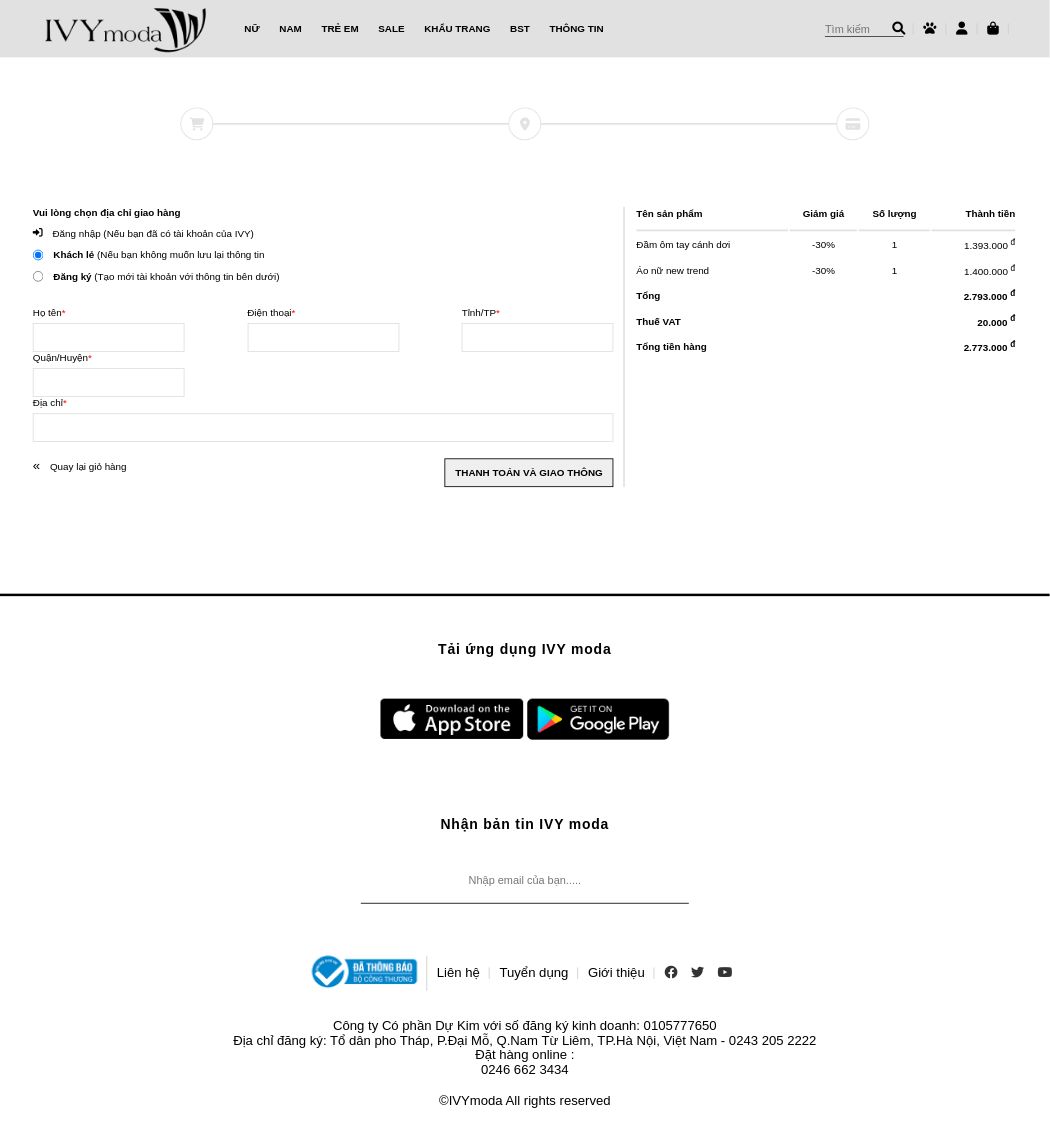
Repository: dinhvanbinh2310/ivy-moda
Page: delivery.html
These files come from the project's save history. The page is drawn as it stood at one moment and after the next save; the edit follows.
The browser window is 1280 px wide. The pictures show the whole page, at 82% of full size.

Above is the page before, as saved 2022-05-08 22:10:32.

After the next save:
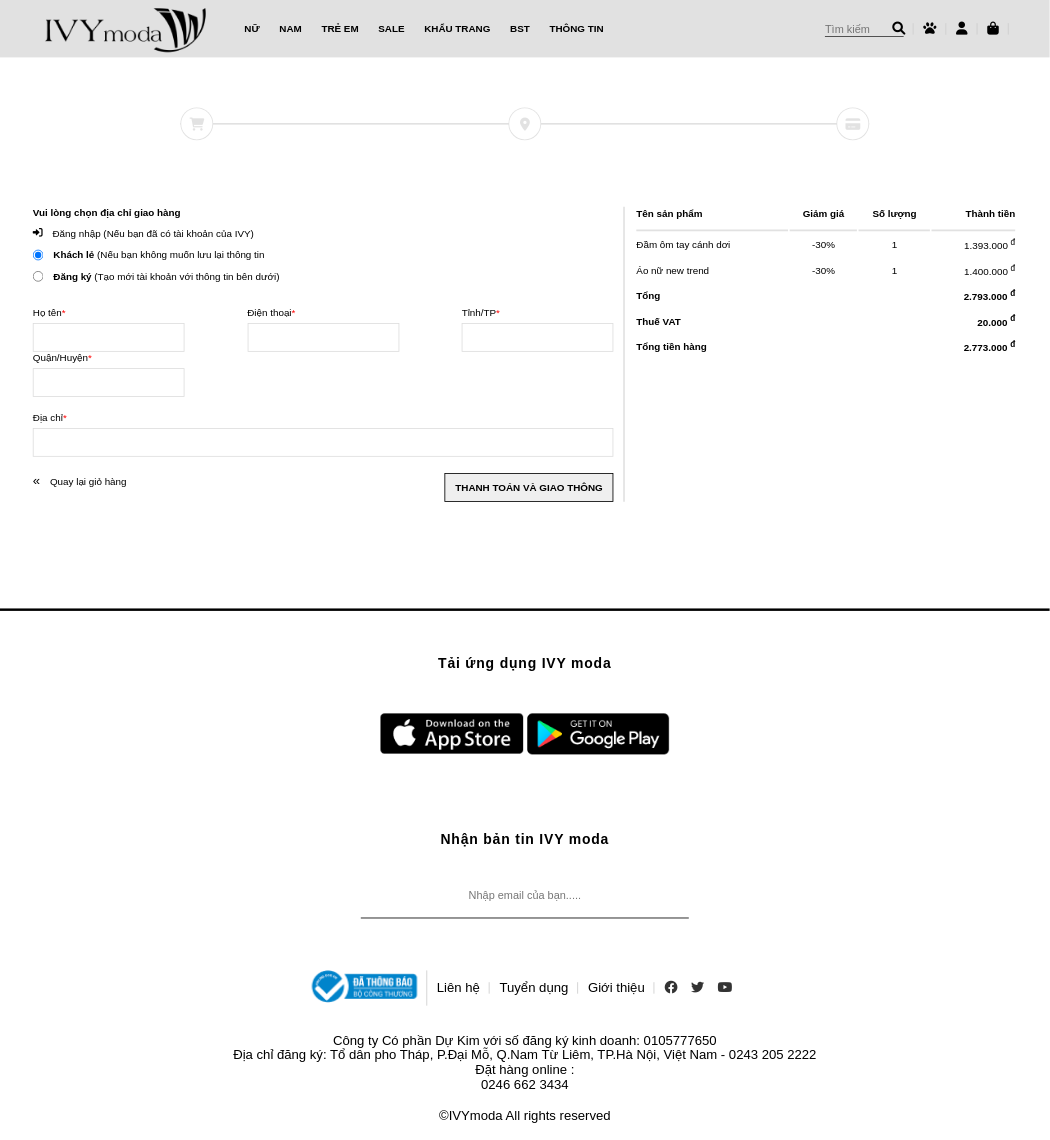
Saved 40 s later.
--- a/css/style.css
+++ b/css/style.css
@@ -774,11 +774,10 @@
 }
 .delivery-content-left-input-top{
 justify-content: space-between;
-
+ margin-bottom: 18px;
 }
 .elivery-content-left-input-top-item{
   width: calc(50% - 12px);
-  padding-bottom: 100px;
 }
 .delivery-content-left-input-top-item input{
   width: 100%;
